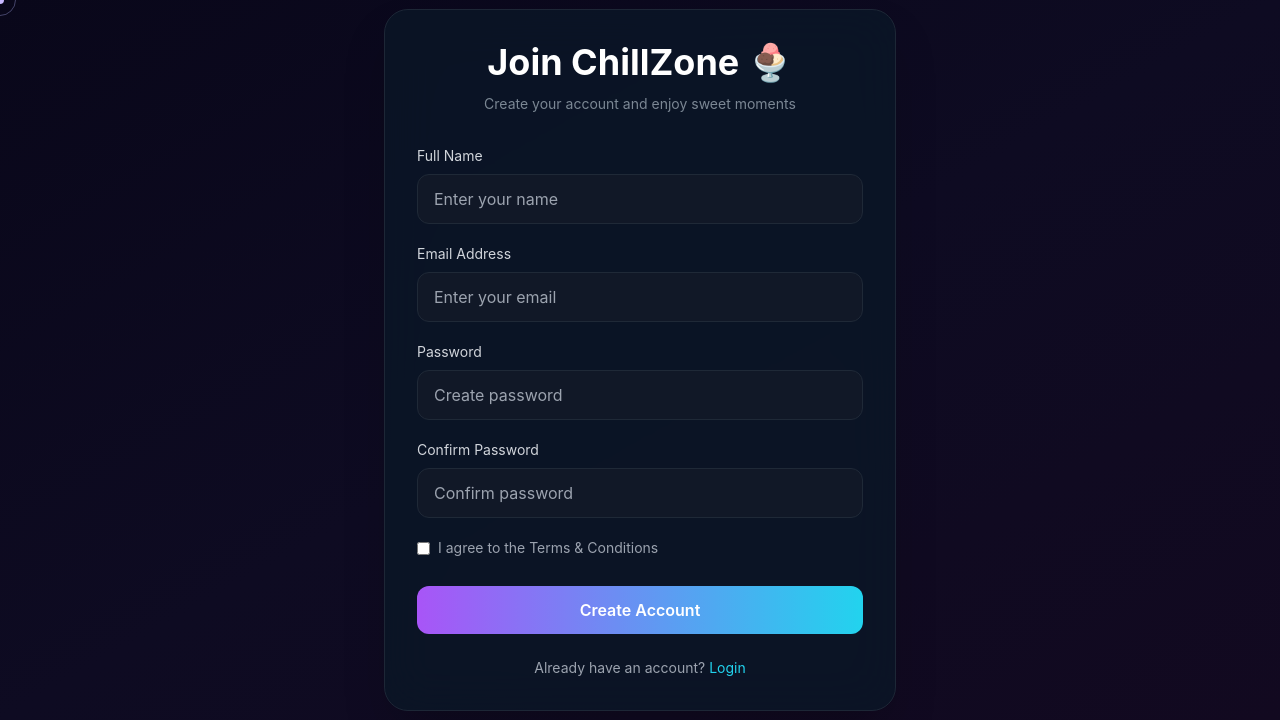
Repository: AMIREDDYRAKEY/chill-zone-
Page: /register
The author's editor kept a copy of each file at every save. The page is drawn from the files as they stood at one save, then again after the next save.
The browser window is 1280 px wide. The pictures show the whole page.
The project was rebuilt for these pictures with package versions that can differ from the ones it lists, and the page was loaded fresh each time. Also part of the build but not shown: vite.config.js, src/components/Login.jsx, src/components/Navbar.jsx, src/components/Hero.jsx, src/components/Marquee.jsx, src/components/TabsMenu.jsx, src/components/Ourspecialites.jsx, src/components/Aboutus.jsx and 3 more.

Above is the page before, as saved 2026-05-07 14:35:33.

### index.html
<!doctype html>
<html lang="en">
  <head>
    <meta charset="UTF-8" />
    <link rel="icon" type="image/svg+xml" href="/favicon.svg" />
    <meta name="viewport" content="width=device-width, initial-scale=1.0" />
    <title>chill-zone</title>
  </head>
  <body class="">
    <div id="root"></div>
    <script type="module" src="/src/main.jsx"></script>
  </body>
</html>

### src/main.jsx
import { StrictMode } from 'react'
import { createRoot } from 'react-dom/client'
import './index.css'
import App from './App.jsx'
import { BrowserRouter } from 'react-router-dom';
// ── Custom Cursor ────────────────────────────────────────────────────
const dot  = document.createElement('div');
const ring = document.createElement('div');
dot.id  = 'custom-cursor';
ring.id = 'custom-cursor-ring';
document.body.appendChild(dot);
document.body.appendChild(ring);

let ringX = 0, ringY = 0;
let dotX  = 0, dotY  = 0;

document.addEventListener('mousemove', (e) => {
  dotX = e.clientX;
  dotY = e.clientY;
  dot.style.left = dotX + 'px';
  dot.style.top  = dotY + 'px';
});

// Smooth ring follow
const animateRing = () => {
  ringX += (dotX - ringX) * 0.12;
  ringY += (dotY - ringY) * 0.12;
  ring.style.left = ringX + 'px';
  ring.style.top  = ringY + 'px';
  requestAnimationFrame(animateRing);
};
animateRing();

// Hover effect on interactive elements
document.addEventListener('mouseover', (e) => {
  if (e.target.matches('a, button, [data-hover]')) {
    ring.classList.add('hovered');
    dot.style.opacity = '0.5';
  }
});
document.addEventListener('mouseout', (e) => {
  if (e.target.matches('a, button, [data-hover]')) {
    ring.classList.remove('hovered');
    dot.style.opacity = '1';
  }
});
// ────────────────────────────────────────────────────────────────────

createRoot(document.getElementById('root')).render(
  <StrictMode>
     <BrowserRouter>
    <App />
  </BrowserRouter>
  </StrictMode>,
)

### src/index.css
@tailwind base;
@tailwind components;
@tailwind utilities;

/* ── FONTS ────────────────────────────────────────────────────────── */
@import url('https://fonts.googleapis.com/css2?family=Inter:wght@300;400;500;600;700;800;900&family=Playfair+Display:ital,wght@0,700;1,700&display=swap');

/* ── BASE ─────────────────────────────────────────────────────────── */
*, *::before, *::after {
  box-sizing: border-box;
  cursor: none !important;
}

body {
  font-family: 'Inter', sans-serif;
  background: #07050f;
  color: #fff;
  overflow-x: hidden;
}

/* ── CUSTOM CURSOR ────────────────────────────────────────────────── */
#custom-cursor {
  position: fixed;
  top: 0; left: 0;
  width: 8px; height: 8px;
  background: #c8b8ff;
  border-radius: 50%;
  pointer-events: none;
  z-index: 99999;
  transform: translate(-50%, -50%);
  transition: transform 0.08s ease;

}

#custom-cursor-ring {
  position: fixed;
  top: 0; left: 0;
  width: 32px; height: 32px;
  border: 1.5px solid rgba(180, 184, 255, 0.35);
  border-radius: 50%;
  pointer-events: none;
  z-index: 99998;
  transform: translate(-50%, -50%);
}

#custom-cursor-ring.hovered {
  width: 48px; height: 48px;
  border-color: rgba(40, 184, 255, 0.6);
  transition: width 0.2s ease, height 0.2s ease, border-color 0.2s ease;
}

/* ── FLOAT WIND — very subtle ─────────────────────────────────────── */
@keyframes floatWind {
  0%   { transform: translateY(-80px) translateX(0) rotate(0deg);   opacity: 0;    }
  8%   {                                                              opacity: 0.12; }
  50%  { transform: translateY(48vh)  translateX(20px) rotate(160deg); opacity: 0.14; }
  100% { transform: translateY(108vh) translateX(-20px) rotate(320deg); opacity: 0;  }
}

/* ── ENTRANCE ANIMATIONS ──────────────────────────────────────────── */
@keyframes fadeUp {
  from { opacity: 0; transform: translateY(24px); }
  to   { opacity: 1; transform: translateY(0);     }
}

@keyframes fadeIn {
  from { opacity: 0; }
  to   { opacity: 1; }
}

@keyframes shimmer {
  0%   { background-position: -10% center; }
  100% { background-position:  200% center; }
}

@keyframes softPulse {
  0%, 100% { opacity: 0.85; }
  50%       { opacity: 1;    }
}

/* Utility classes */
.anim-fade-up   { animation: fadeUp 0.7s cubic-bezier(.22,.68,0,1.2) forwards; }
.anim-fade-up-1 { opacity:0; animation: fadeUp 0.7s cubic-bezier(.22,.68,0,1.2) 0.15s forwards; }
.anim-fade-up-2 { opacity:0; animation: fadeUp 0.7s cubic-bezier(.22,.68,0,1.2) 0.30s forwards; }
.anim-fade-up-3 { opacity:0; animation: fadeUp 0.7s cubic-bezier(.22,.68,0,1.2) 0.45s forwards; }
.anim-fade-up-4 { opacity:0; animation: fadeUp 0.7s cubic-bezier(.22,.68,0,1.2) 0.60s forwards; }

.text-shimmer {
  background: linear-gradient(
    90deg,
    #2f0dec 0%,
    #ce089c 30%,
    #dd87ec 50%,
    #846dd3 70%,
    #d82a8f 100%
  );
  background-size: 250% auto;
  -webkit-background-clip: text;
  -webkit-text-fill-color: transparent;
  background-clip: text;
  animation: shimmer 10s linear infinite;
}

/* .marquee-section {
  padding: 24px 0;
  overflow: hidden;
  border-top: 1px solid rgba(255,255,255,0.08);
  border-bottom: 1px solid rgba(255,255,255,0.08);
  background: rgba(6,182,212,0.03);
} */

.marquee-track {
  display: flex;
  gap: 48px;
  width: max-content;
  animation: scroll 25s linear infinite;
}

.marquee-item {
  display: flex;
  align-items: center;
  gap: 10px;
  white-space: nowrap;
  font-size: 15px;
  color: #94a3b8;
}

.marquee-dot {
  color: #06b6d4;
  font-size: 18px;
}

@keyframes scroll {
  0% { transform: translateX(0); }
  100% { transform: translateX(-50%); }
}


@keyframes marquee {
  0% {
    transform: translateX(0%);
  }
  100% {
    transform: translateX(-50%);
  }
}

.marquee-track {
  width: max-content;
  animation: marquee 35s linear infinite;
}
.marquee-track-reverse {
  width: max-content;
  animation: marquee 35s linear infinite reverse;
}

### src/App.jsx
import React from 'react'
import { Routes, Route } from 'react-router-dom'

import Navbar from './components/Navbar'
import Hero from './components/Hero'
import Marquee from './components/Marquee'
import Ourspecialites from './components/Ourspecialites'
import Aboutus from './components/Aboutus'
import Gallery from './components/Gallery'
import Feedback from './components/Feedback'
import Footer from './components/Footer'
import Login from './components/Login'
import Register from './components/Register'
// Home page (scroll)
const Home = () => (
  <>
    <section id="home">
      <Navbar/>
      <Hero />
      <Marquee />
    </section>

    <section id="menu" className="mt-10 pb-12">
      <Ourspecialites />
    </section>

    <section id="about" className="pb-10">
      <Aboutus />
    </section>

    <section id="gallery" className="pb-10">
      <Gallery />
    </section>

    <section id="reviews" className="pb-10">
      <Feedback />
    </section>
     <section id="cta"  >
      <Footer/>
    </section>
  </>
)

const App = () => {
  return (
    <div style={{ background: "linear-gradient(160deg, #09071a 0%, #0e0b22 60%, #120920 100%)" }}>



      <Routes>
        <Route path="/" element={<Home />} />
        <Route path="/login" element={<Login />} />
        <Route path="/register" element={<Register />} />
      </Routes>


    </div>
  )
}

export default App

### src/components/Register.jsx
// Register.jsx

import React from 'react'

const Register = () => {
  return (
    <div className="min-h-screen flex items-center justify-center px-4 bg-gradient-to-br from-[#09071a] via-[#0e0b22] to-[#120920]">

      <div className="w-full max-w-lg bg-[#0a1727]/80 backdrop-blur-xl border border-[#1d2736] rounded-3xl p-8 shadow-2xl">

        {/* Heading */}
        <div className="text-center mb-8">
          <h1 className="text-4xl font-bold text-white">
            Join ChillZone 🍨
          </h1>

          <p className="text-[#7b8794] mt-3 text-sm">
            Create your account and enjoy sweet moments
          </p>
        </div>

        {/* Form */}
        <form className="flex flex-col gap-5">

          {/* Name */}
          <div>
            <label className="text-sm text-gray-300 mb-2 block">
              Full Name
            </label>

            <input
              type="text"
              placeholder="Enter your name"
              className="w-full px-4 py-3 rounded-xl bg-[#111827] border border-[#1f2937] text-white outline-none focus:border-purple-400 transition"
            />
          </div>

          {/* Email */}
          <div>
            <label className="text-sm text-gray-300 mb-2 block">
              Email Address
            </label>

            <input
              type="email"
              placeholder="Enter your email"
              className="w-full px-4 py-3 rounded-xl bg-[#111827] border border-[#1f2937] text-white outline-none focus:border-purple-400 transition"
            />
          </div>

          {/* Password */}
          <div>
            <label className="text-sm text-gray-300 mb-2 block">
              Password
            </label>

            <input
              type="password"
              placeholder="Create password"
              className="w-full px-4 py-3 rounded-xl bg-[#111827] border border-[#1f2937] text-white outline-none focus:border-purple-400 transition"
            />
          </div>

          {/* Confirm */}
          <div>
            <label className="text-sm text-gray-300 mb-2 block">
              Confirm Password
            </label>

            <input
              type="password"
              placeholder="Confirm password"
              className="w-full px-4 py-3 rounded-xl bg-[#111827] border border-[#1f2937] text-white outline-none focus:border-purple-400 transition"
            />
          </div>

          {/* Terms */}
          <label className="flex items-center gap-2 text-sm text-gray-400">
            <input type="checkbox" />
            I agree to the Terms & Conditions
          </label>

          {/* Button */}
          <button
            type="submit"
            className="mt-2 py-3 rounded-xl bg-gradient-to-r from-purple-500 to-cyan-400 text-white font-semibold hover:scale-[1.02] transition-all duration-300"
          >
            Create Account
          </button>

        </form>

        {/* Bottom */}
        <p className="text-center text-sm text-gray-400 mt-6">
          Already have an account?
          <span className="text-cyan-400 cursor-pointer hover:underline ml-1">
            Login
          </span>
        </p>

      </div>

    </div>
  )
}

export default Register

### tailwind.config.js
/** @type {import('tailwindcss').Config} */
module.exports = {
  content: [
    "./index.html",
    "./src/**/*.{js,jsx,ts,tsx}",
  ],
  theme: {
    extend: {
      keyframes: {
        floatWind: {
          "0%": {
            transform: "translateY(100vh) translateX(0px) rotate(0deg)",
            opacity: "0",
          },
          "10%": { opacity: "0.4" },
          "50%": {
            transform: "translateY(50vh) translateX(40px) rotate(180deg)",
          },
          "100%": {
            transform: "translateY(-120px) translateX(-40px) rotate(360deg)",
            opacity: "0",
          },
        },
      },
      animation: {
        floatWind: "floatWind 15s linear infinite",
      },
    },
  },
  plugins: [],
};

After the next save:
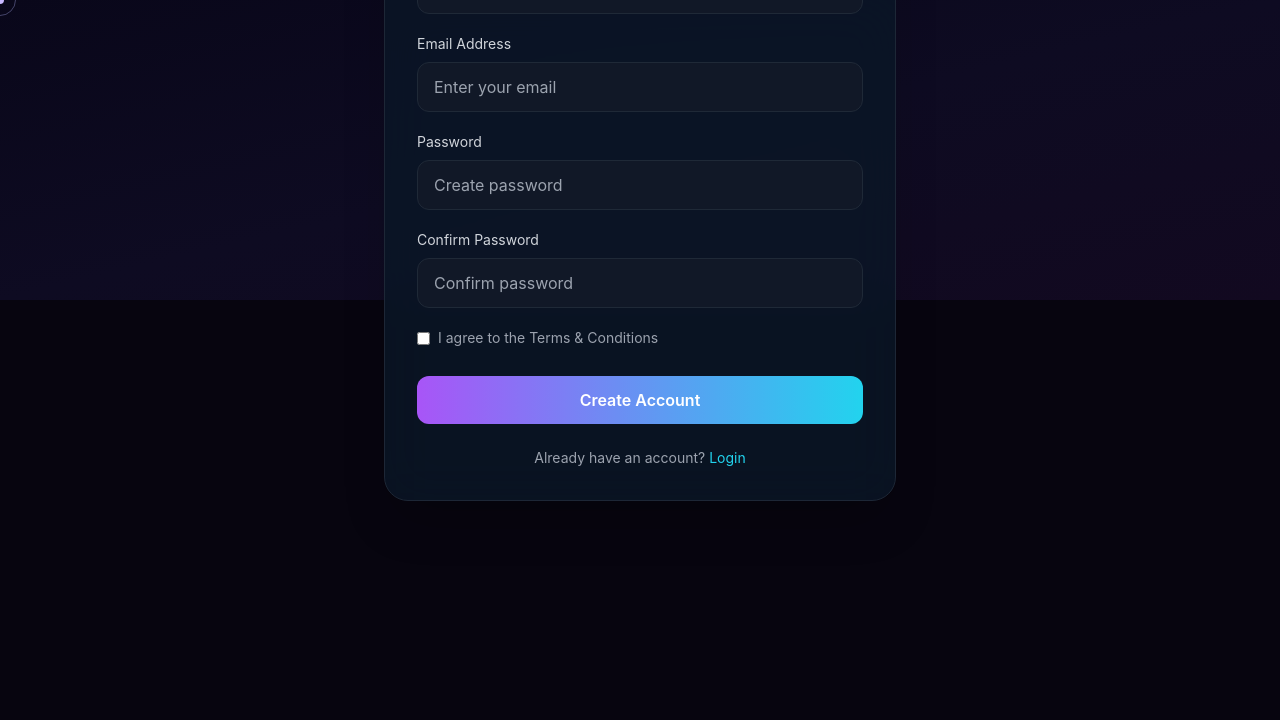
Saved 12 s later.
--- a/src/components/Register.jsx
+++ b/src/components/Register.jsx
@@ -4,7 +4,7 @@ import React from 'react'
 
 const Register = () => {
   return (
-    <div className="min-h-screen flex items-center justify-center px-4 bg-gradient-to-br from-[#09071a] via-[#0e0b22] to-[#120920]">
+    <div className="h-[300px] flex items-center justify-center px-4 bg-gradient-to-br from-[#09071a] via-[#0e0b22] to-[#120920]">
 
       <div className="w-full max-w-lg bg-[#0a1727]/80 backdrop-blur-xl border border-[#1d2736] rounded-3xl p-8 shadow-2xl">
 
